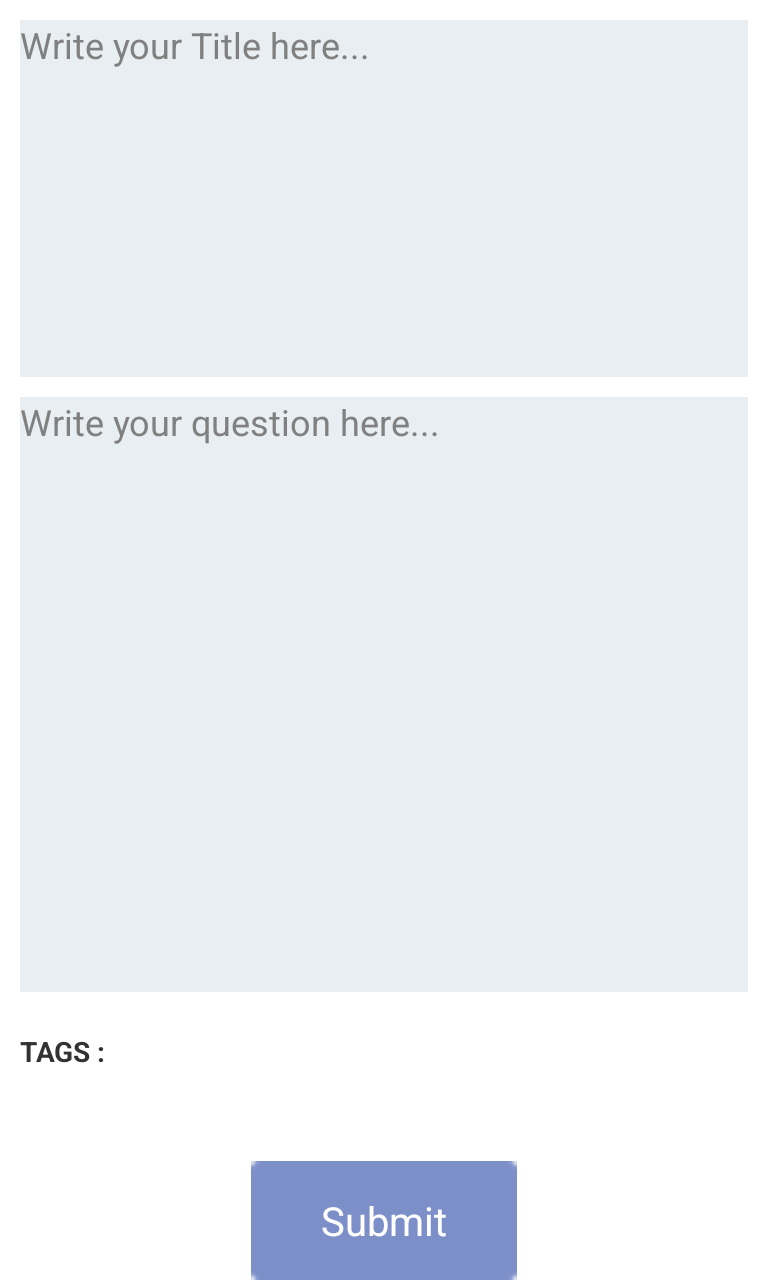
Repository: AdityaKiet/android-work2
Layout: UPTUQuestionBank/res/layout/post_question.xml
An editor plug-in stored every save of this project. The layout is shown before and after the next save, followed by the edit.
It is drawn on a 768 x 1280 px phone screen (xhdpi) without system bars, with theme AppTheme; the app's code is not run.

Above is the layout before, as saved 2015-04-25 12:58:41.

After the next save:
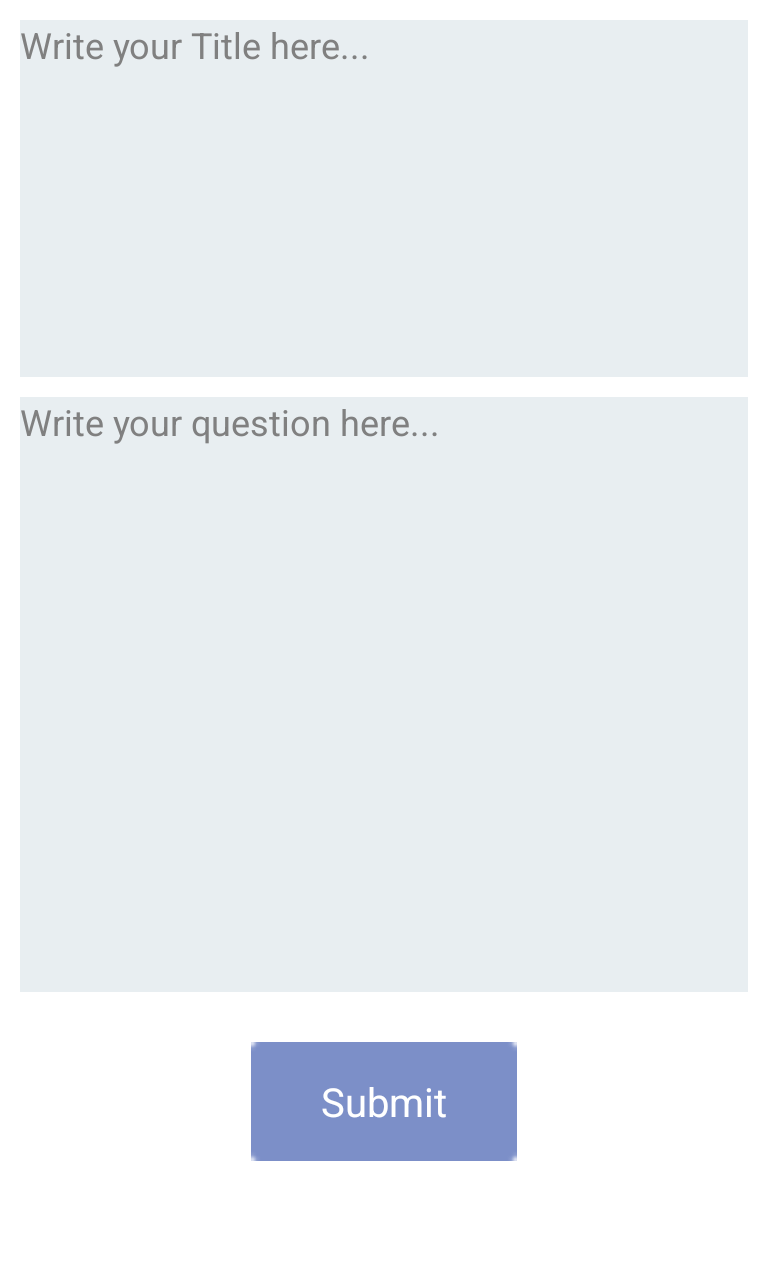
Saved 6 s later.
--- a/UPTUQuestionBank/res/layout/post_question.xml
+++ b/UPTUQuestionBank/res/layout/post_question.xml
@@ -36,16 +36,7 @@
         android:hint="Write your question here..."
         android:textColor="#000000" />
 
-    <TextView
-        android:id="@+id/txtSelectedTags"
-        android:layout_width="match_parent"
-        android:layout_height="0dip"
-        android:layout_marginLeft="10dp"
-        android:layout_gravity="center_vertical"
-        android:layout_weight="0.1"
-        android:gravity="center_vertical"
-        android:text="TAGS : "
-        android:textStyle="bold" />
+
 
     <LinearLayout
         android:layout_width="wrap_content"
